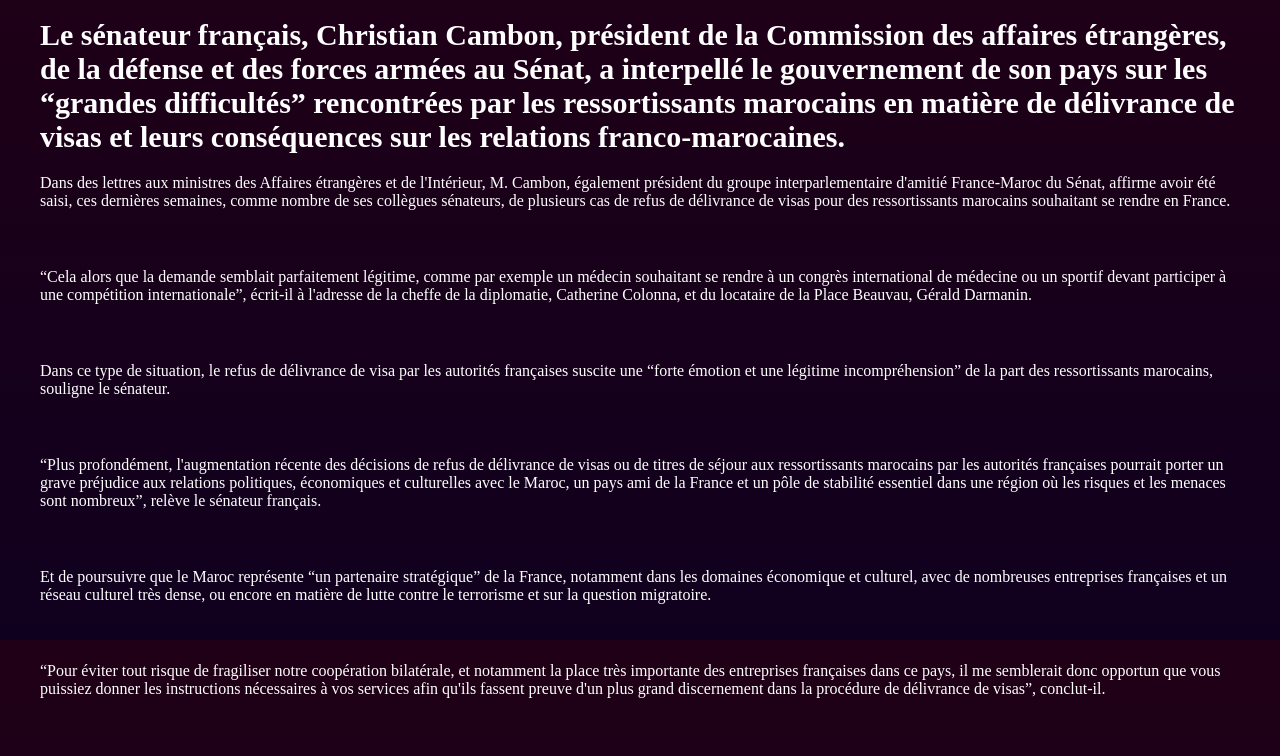
Repository: SD-Mdouka/site-n-b
Page: /
These files come from the project's save history. The page is drawn as it stood at one moment and after the next save; the edit follows.
The browser window is 1280 px wide. The pictures show the part of the page from y = 800 to 1556 px (the page is 1556 px tall before and 1538 px after).
The project was rebuilt for these pictures with package versions that can differ from the ones it lists, and the page was loaded fresh each time.

Above is the page before, as saved 2022-09-22 15:40:45.

After the next save:
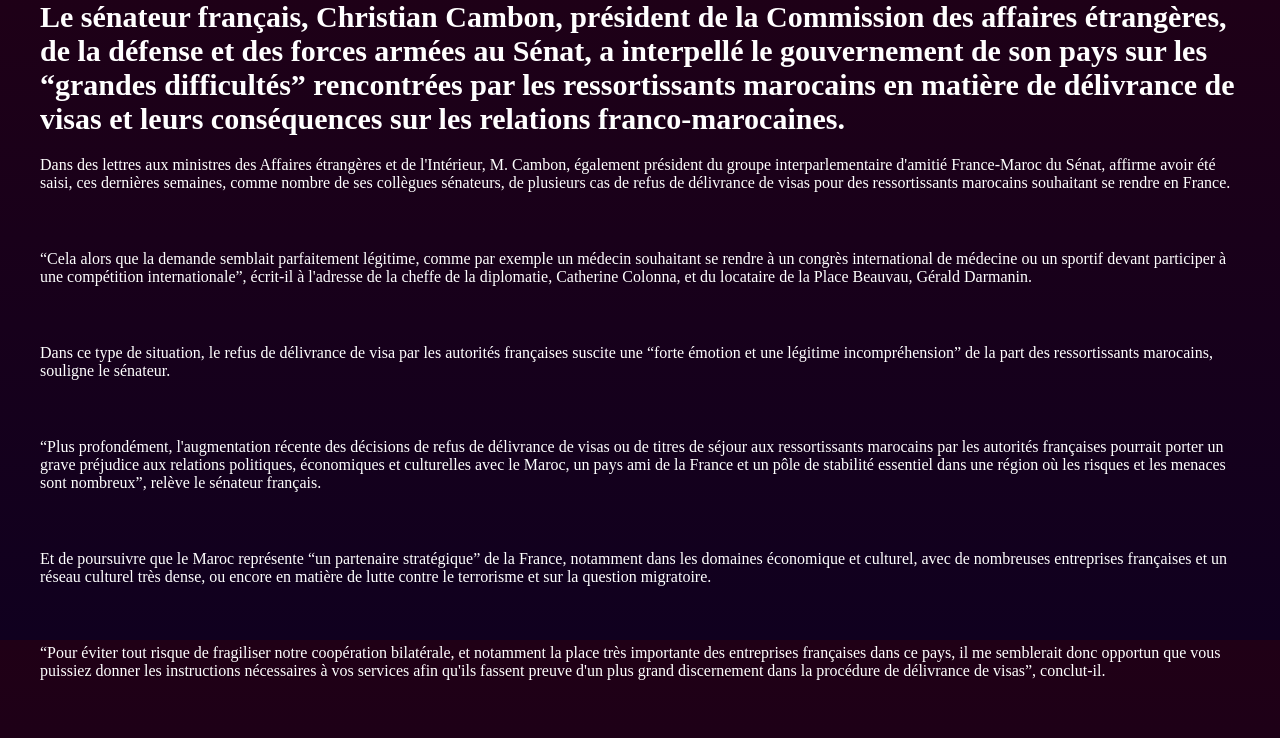
Saved 27 s later.
--- a/src/App.css
+++ b/src/App.css
@@ -53,14 +53,6 @@ header ul li a:hover,
     align-items: center;
 }
 
-.content::before {
-    content: "llll";
-    height: 100px;
-    width: 100%;
-    background: linear-gradient(#200016, transparent);
-    color: transparent;
-}
-
 .main img:nth-child(6)::after {
     content: "llll";
     height: 100px;
